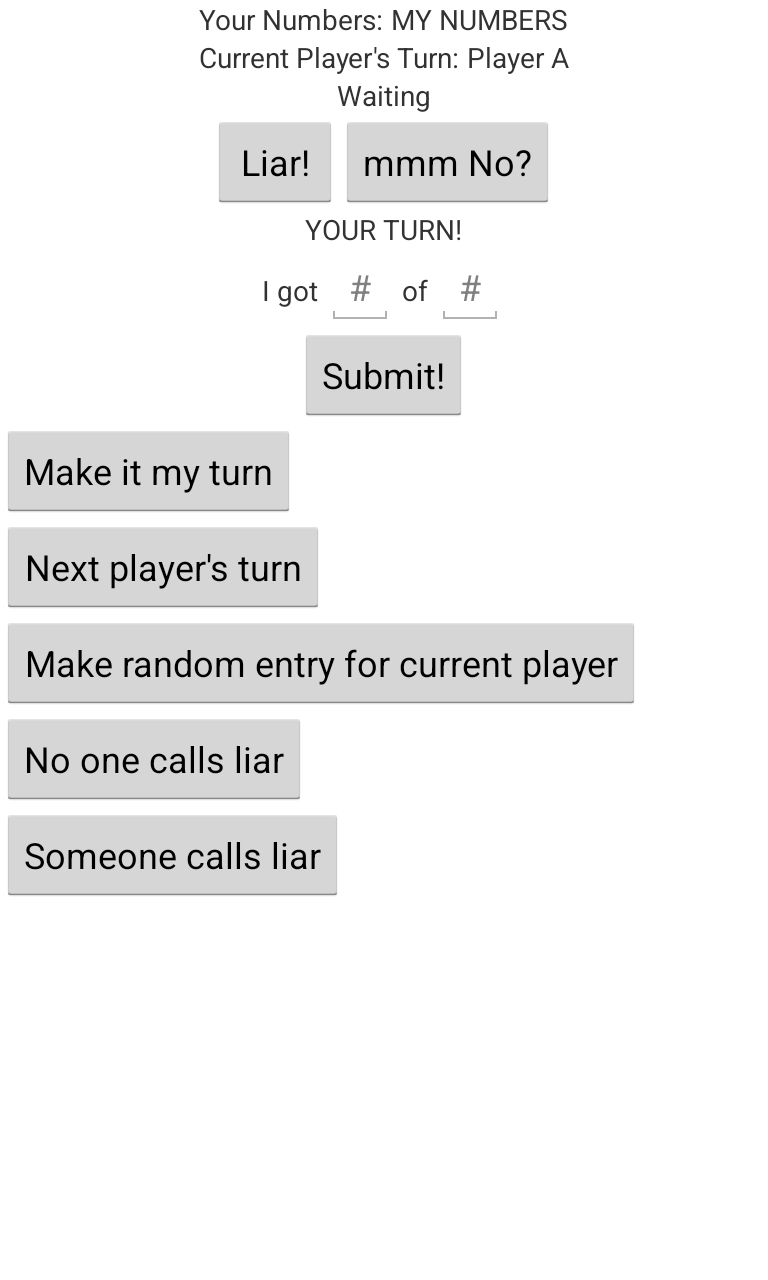
Repository: RayyLim/LiarPoker
Layout: LiarPoker/res/layout/gameroom_main.xml
An editor plug-in stored every save of this project. The layout is shown before and after the next save, followed by the edit.
It is drawn on a 768 x 1280 px phone screen (xhdpi) without system bars, with theme AppTheme; the app's code is not run.

Above is the layout before, as saved 2012-07-22 10:41:44.

After the next save:
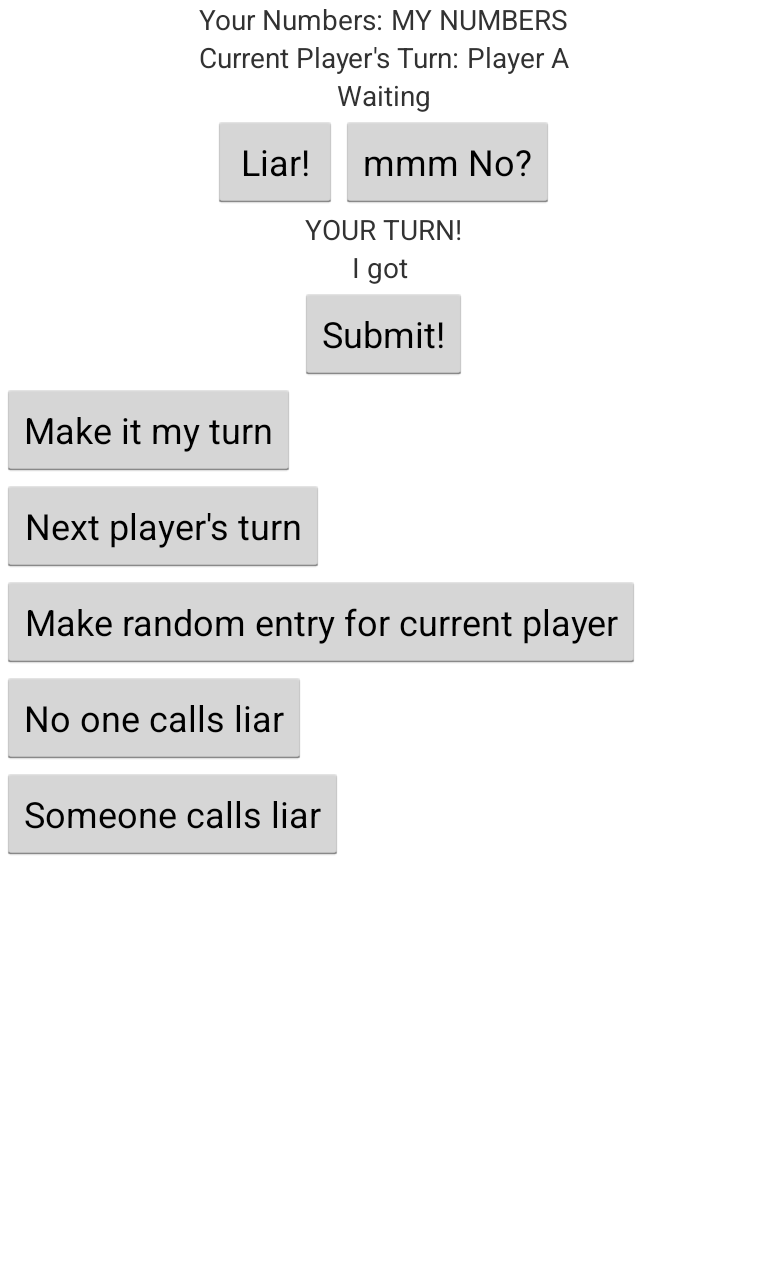
Saved 33 s later.
--- a/LiarPoker/res/layout/gameroom_main.xml
+++ b/LiarPoker/res/layout/gameroom_main.xml
@@ -80,7 +80,7 @@
 
 			android:text="I got " />
 
-			<EditText android:id="@+id/igotamount"
+		<!-- >	<EditText android:id="@+id/igotamount"
         android:layout_weight="1"
         android:layout_width="wrap_content"
         android:layout_height="wrap_content"

After the save that followed:
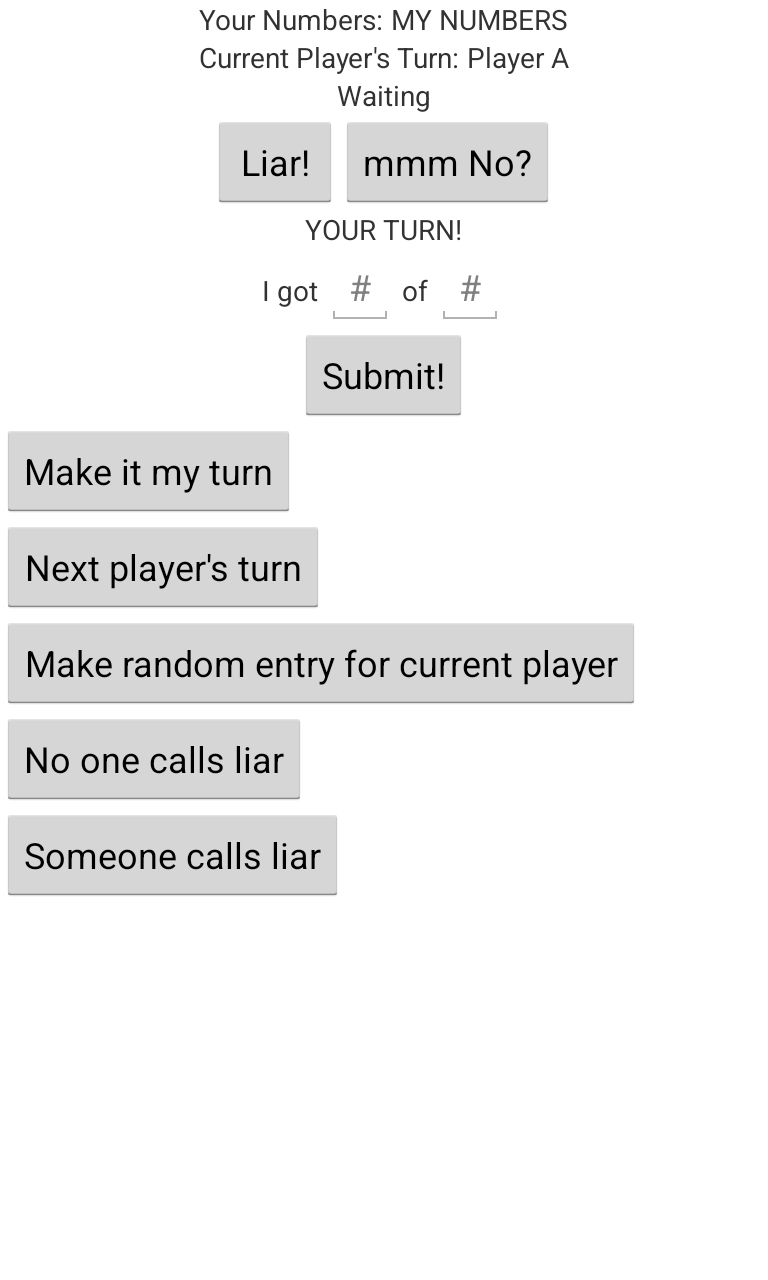
Saved 11 s later.
--- a/LiarPoker/res/layout/gameroom_main.xml
+++ b/LiarPoker/res/layout/gameroom_main.xml
@@ -80,7 +80,7 @@
 
 			android:text="I got " />
 
-		<!-- >	<EditText android:id="@+id/igotamount"
+			<EditText android:id="@+id/igotamount"
         android:layout_weight="1"
         android:layout_width="wrap_content"
         android:layout_height="wrap_content"
